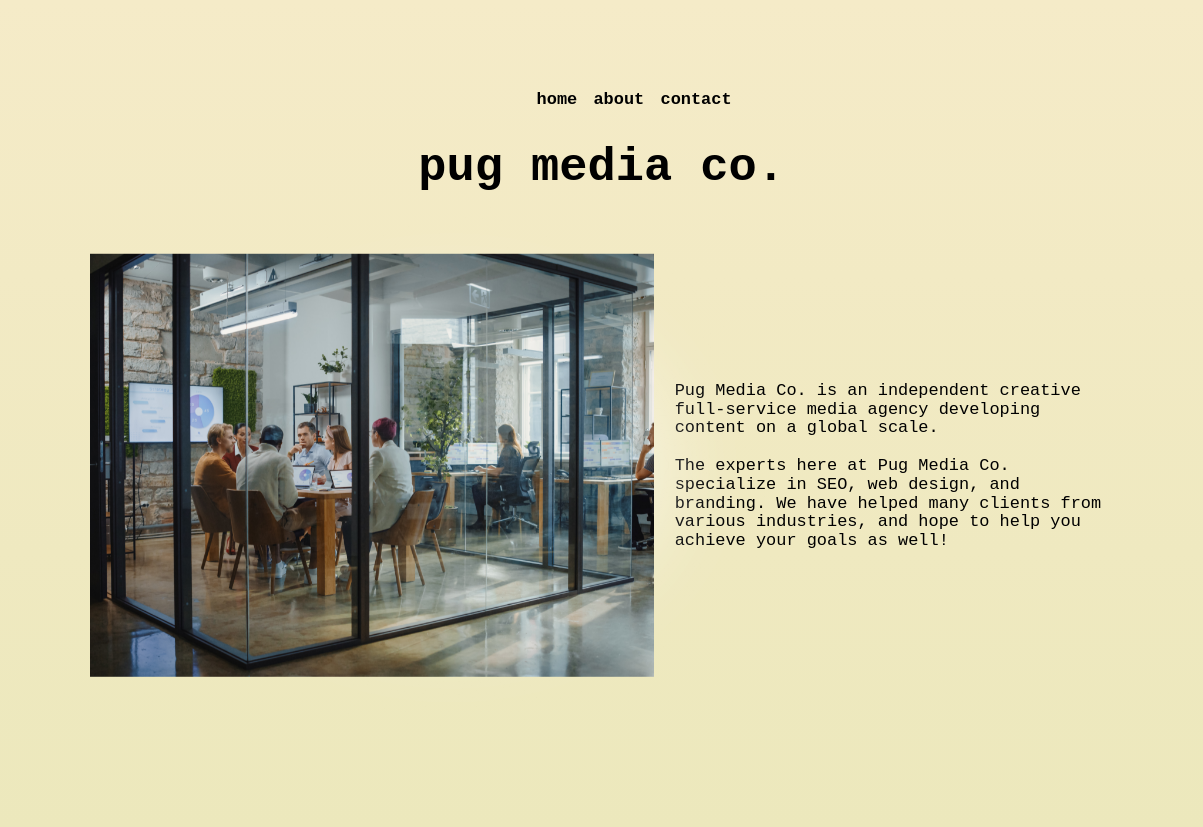
Repository: cheungglenda/MDIA2109-Week3
Page: /
An editor plug-in stored every save of this project. The page is shown before and after the next save, followed by the edit.
The browser window is 1280 px wide. The pictures show the whole page, at 94% of full size.
The project was rebuilt for these pictures with package versions that can differ from the ones it lists, and the page was loaded fresh each time. The framework's server and built-in components were replaced by stand-ins that run in the browser. Also part of the build but not shown: next.config.js, components/Card/index.js.

Above is the page before, as saved 2023-01-20 19:02:05.

### pages/index.js
import Head from 'next/head'
import Image from 'next/image'
import { Inter } from '@next/font/google'
import styles from '@/styles/Home.module.css'
import data from '../data/education.json'
import { useState } from 'react'
import Card from '../components/Card'
import Link from 'next/link'

const inter = Inter({ subsets: ['latin'] })

export default function Home() {

  /** ([...data]) enters the data in the useState and is calling that info. the useState has all the data from the education.json file */
  const [information, setInformation] = useState([...data])
  console.log(data);

  return (
    <>
      <Head>
        <title>Pug Media Co.</title>
        <meta name="description" content="Full-service digital marketing agency" />
        <meta name="viewport" content="width=device-width, initial-scale=1" />
        <link rel="icon" href="/favicon.ico" />
      </Head>
      <main className={styles.main}>
        <div className={styles.buttons}>
      <Link href="/" className={styles.links}>Home</Link>
      <Link href="../about" className={styles.links}>About</Link>
      <Link href="/" className={styles.links}>Contact</Link>
        </div>

        <div className={styles.meetTitle}>Pug Media Co.</div>
        <div className={styles.center}>
          <Image
            className={styles.logo}
            src="/office.jpeg"
            width={600}
            height={450}
          />
          <div className={styles.homeDesc}>
            Pug Media Co. is an independent creative full-service media agency developing content on a global scale. <br></br><br></br>The experts here at Pug Media Co. specialize in SEO, web design, and branding. We have helped many clients from various industries, and hope to help you achieve your goals as well!
          </div>
        </div>

      </main>
    </>
  )
}

/** .toLowerCase() is input when you don't want to worry about case sensitivity */

### styles/Home.module.css
.main {
  display: flex;
  flex-direction: column;
  justify-content: space-between;
  align-items: center;
  padding: 6rem;
  font-family:arial;
  min-height: 100vh;
  background-image: linear-gradient(rgb(245, 235, 200), rgb(236, 232, 188));

}

.buttons {
  display: flex;
  flex-direction:row;
  justify-content: space-evenly;
  margin-bottom:3%;
}

.links:hover {
  text-decoration:underline;
}

.links {
  font-size: 18px;
  max-width: var(--max-width);
  width: 100%;
  font-weight:900;
  font-family: 'Courier New', Courier, monospace;
  text-transform:lowercase;
  padding-left:10%;
}

.description {
  display: inherit;
  justify-content: inherit;
  align-items: inherit;
  font-size: 15px;
  max-width: var(--max-width);
  width: 100%;
  font-family: var(--font-mono);
}

.homeDesc {
  font-size: 18px;
  font-family:'Courier New', Courier, monospace;
  margin-left:2%;
}

.description a {
  display: flex;
  justify-content: center;
  align-items: center;
  gap: 0.5rem;
}

.description p {
  position: relative;
  margin: 0;
  padding: 1rem;
  background-color: rgba(var(--callout-rgb), 0.5);
  border: 1px solid rgba(var(--callout-border-rgb), 0.3);
  border-radius: var(--border-radius);
}

.code {
  font-weight: 700;
  font-family: var(--font-mono);
}

.meetTitle {
  font-size: 50px;
  font-weight:700;
  text-transform:lowercase;
  font-family:'Courier New', Courier, monospace;
  text-align:center;
}

.grid {
  display: flex;
  justify-content:center;
  width: var(--max-width);
  max-width: 100%;
  align-items:center;
  flex: 1;
}

.card {
  padding: 1rem 1.2rem;
  border-radius: var(--border-radius);
  background: rgba(var(--card-rgb), 0);
  border: 1px solid rgba(var(--card-border-rgb), 0);
  transition: background 200ms, border 200ms;
}

.card span {
  display: inline-block;
  transition: transform 200ms;
}

.info {
  font-family:Arial, Helvetica, sans-serif;
}

.card h2 {
  font-weight: 600;
  margin-bottom: 0.7rem;
}

.card p {
  margin: 0;
  opacity: 0.6;
  font-size: 0.9rem;
  line-height: 1.5;
  max-width: 30ch;
}


.employees {
  display:flex;
  gap:20px;
  width: 80%;
  text-align:center;
  font-family:'Courier New', Courier, monospace;
}

.titleDesc {
  font-size:16px;
  margin-bottom:3%;
}

.center {
  display: flex;
  justify-content: center;
  align-items: center;
  position: relative;
  padding: 4rem 0;
}

.center::before {
  background: var(--secondary-glow);
  border-radius: 50%;
  width: 480px;
  height: 360px;
  margin-left: -400px;
}

.center::after {
  background: var(--primary-glow);
  width: 240px;
  height: 180px;
  z-index: -1;
}

.center::before,
.center::after {
  content: '';
  left: 50%;
  position: absolute;
  filter: blur(45px);
  transform: translateZ(0);
}

.logo,
.thirteen {
  position: relative;
  object-fit:cover;
}

.thirteen {
  display: flex;
  justify-content: center;
  align-items: center;
  width: 75px;
  height: 75px;
  padding: 25px 10px;
  margin-left: 16px;
  transform: translateZ(0);
  border-radius: var(--border-radius);
  overflow: hidden;
  box-shadow: 0px 2px 8px -1px #0000001a;
}

.thirteen::before,
.thirteen::after {
  content: '';
  position: absolute;
  z-index: -1;
}

/* Conic Gradient Animation */
.thirteen::before {
  animation: 6s rotate linear infinite;
  width: 200%;
  height: 200%;
  background: var(--tile-border);
}

/* Inner Square */
.thirteen::after {
  inset: 0;
  padding: 1px;
  border-radius: var(--border-radius);
  background: linear-gradient(
    to bottom right,
    rgba(var(--tile-start-rgb), 1),
    rgba(var(--tile-end-rgb), 1)
  );
  background-clip: content-box;
}

/* Enable hover only on non-touch devices */
@media (hover: hover) and (pointer: fine) {
  .card:hover {
    background: rgba(var(--card-rgb), 0.1);
    border: 1px solid rgba(var(--card-border-rgb), 0.15);
  }

  .card:hover span {
    transform: translateX(4px);
  }
}

@media (prefers-reduced-motion) {
  .thirteen::before {
    animation: none;
  }

  .card:hover span {
    transform: none;
  }
}

/* Mobile */
@media (max-width: 700px) {
  .content {
    padding: 4rem;
  }

  .grid {
    grid-template-columns: 1fr;
    margin-bottom: 120px;
    max-width: 320px;
    text-align: center;
  }

  .card {
    padding: 1rem 2.5rem;
  }

  .card h2 {
    margin-bottom: 0.5rem;
  }

  .center {
    padding: 8rem 0 6rem;
  }

  .center::before {
    transform: none;
    height: 300px;
  }

  .description {
    font-size: 0.8rem;
  }

  .description a {
    padding: 1rem;
  }

  .description p,
  .description div {
    display: flex;
    justify-content: center;
    position: fixed;
    width: 100%;
  }

  .description p {
    align-items: center;
    inset: 0 0 auto;
    padding: 2rem 1rem 1.4rem;
    border-radius: 0;
    border: none;
    border-bottom: 1px solid rgba(var(--callout-border-rgb), 0.25);
    background: linear-gradient(
      to bottom,
      rgba(var(--background-start-rgb), 1),
      rgba(var(--callout-rgb), 0.5)
    );
    background-clip: padding-box;
    backdrop-filter: blur(24px);
  }

  .description div {
    align-items: flex-end;
    pointer-events: none;
    inset: auto 0 0;
    padding: 2rem;
    height: 200px;
    background: linear-gradient(
      to bottom,
      transparent 0%,
      rgb(var(--background-end-rgb)) 40%
    );
    z-index: 1;
  }
}

/* Tablet and Smaller Desktop */
@media (min-width: 701px) and (max-width: 1120px) {
  .grid {
    grid-template-columns: repeat(2, 50%);
  }
}

@media (prefers-color-scheme: dark) {

  .main {
    background-image: linear-gradient(rgb(51, 65, 14), rgb(169, 169, 110));
  }

  .vercelLogo {
    filter: invert(1);
  }

  .meetTitle {
    color:white;
  }

  .titleDesc {
    color:white;
  }

  .links {
    color: white;
  }

  .employees {
    color: black;
  }
}

@keyframes rotate {
  from {
    transform: rotate(360deg);
  }
  to {
    transform: rotate(0deg);
  }
}

### data/education.json
[
        {
            "studentNumber": "A0004567",
            "firstName": "Person 1",
            "gpa": 3.8,
            "department": "Business",
            "degree": "Finance",
            "graduted": 2014
        },
        {
            "studentNumber": "A0001234",
            "firstName": "Person 2",
            "gpa": 3.5,
            "department": "Business",
            "degree": "Accounting",
            "graduted": 2010
        },
        {
            "studentNumber": "A0007890",
            "firstName": "Person 3",
            "gpa": 3.2,
            "department": "Computing",
            "degree": "Applied Software Development Certificate",
            "graduted": 2018
        },
        {
            "studentNumber": "A0007828",
            "firstName": "Person 4",
            "gpa": 3.9,
            "department": "Computing",
            "degree": "Computer Systems Diploma",
            "graduted": 2021
        },
        {
            "studentNumber": "A0003425",
            "firstName": "Person 5",
            "gpa": 3.2,
            "department": "Computing",
            "degree": "Applied Computer Information Systems Certificate",
            "graduted": 2021
        }
]

Loaded but not shown: pages/_app.js (common file); pages/_document.js (common file); styles/globals.css (common file)

After the next save:
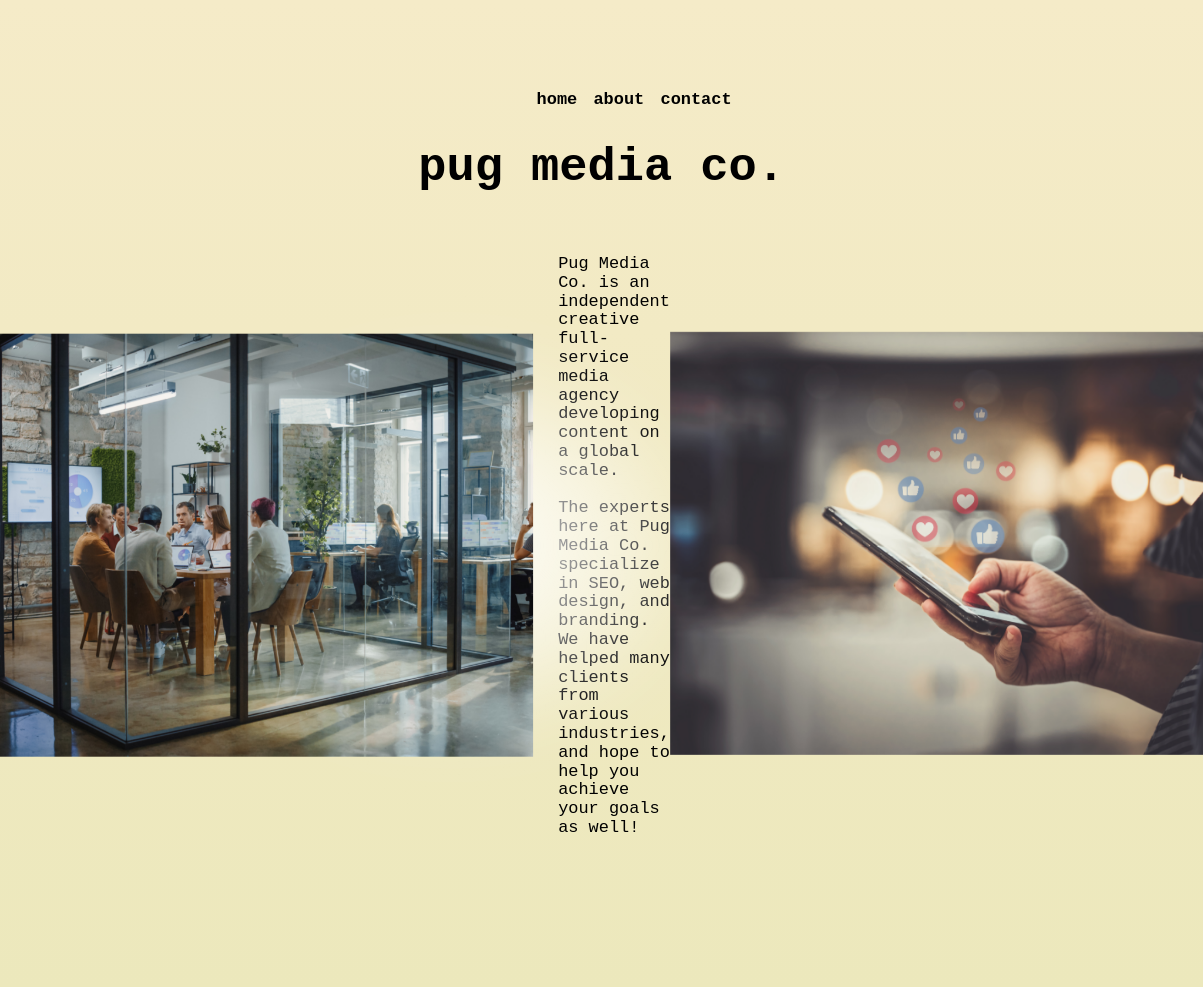
Saved 2 min 26 s later.
--- a/pages/index.js
+++ b/pages/index.js
@@ -41,6 +41,15 @@ export default function Home() {
           <div className={styles.homeDesc}>
             Pug Media Co. is an independent creative full-service media agency developing content on a global scale. <br></br><br></br>The experts here at Pug Media Co. specialize in SEO, web design, and branding. We have helped many clients from various industries, and hope to help you achieve your goals as well!
           </div>
+
+        <div className={styles.bottom}>
+        <Image
+            className={styles.logo}
+            src="/media.jpeg"
+            width={600}
+            height={450}
+          />
+        </div>
         </div>
 
       </main>
